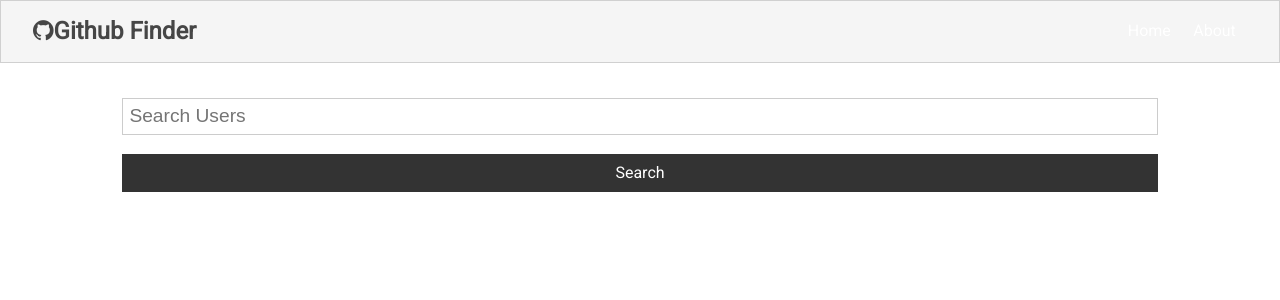
Repository: hemxnt-saini/GitProfile-Visualizer
Page: /
These files come from the project's save history. The page is drawn as it stood at one moment and after the next save; the edit follows.
The browser window is 1280 px wide. The pictures show the whole page.
The project was rebuilt for these pictures with package versions that can differ from the ones it lists, and the page was loaded fresh each time. Also part of the build but not shown: next.config.js, src/components/users/UserItem.js, src/components/repos/RepoItem.js, src/components/repos/Repos.js, src/components/users/User.js, src/components/layout/Alert.js, src/components/pages/About.js.

Above is the page before, as saved 2020-07-29 17:37:00.

### public/index.html
<!DOCTYPE html>
<html lang="en">
  <head>
    <meta charset="utf-8" />
    <link rel="icon" href="%PUBLIC_URL%/favicon.ico" />
    <meta name="viewport" content="width=device-width, initial-scale=1" />
    <meta name="theme-color" content="#000000" />
    <meta
      name="description"
      content="Web site created using create-react-app"
    />
    <link rel="apple-touch-icon" href="%PUBLIC_URL%/logo192.png" />

    <link rel="manifest" href="%PUBLIC_URL%/manifest.json" />
    <link
      rel="stylesheet"
      href="https://stackpath.bootstrapcdn.com/font-awesome/4.7.0/css/font-awesome.min.css"
    />
    <title>React App</title>
  </head>
  <body>
    <noscript>You need to enable JavaScript to run this app.</noscript>
    <div id="root"></div>
  </body>
</html>

### src/App.js
import React, { Component, Fragment } from "react";
import "./App.css";
import { BrowserRouter as Router, Switch, Route } from "react-router-dom";
import Navbar from "./components/layout/Navbar";
import Users from "./components/users/Users";
import User from "./components/users/User";
import Search from "./components/users/Search";
import Alert from "./components/layout/Alert";
import About from "./components/pages/About";
import axios from "axios";
class App extends Component {
  state = {
    users: [],
    user: {},
    repos: [],
    loading: false,
    alert: null,
  };
  searchUsers = async (text) => {
    this.setState({ loading: true });
    const res = await axios.get(
      `https://api.github.com/search/users?q=${text}&cliend_id=${process.env.REACT_APP_GITHUB_CLIENT_ID}&client_secret=${process.env.REACT_APP_GITHUB_CLIENT_SECRET}`
    );
    this.setState({
      users: res.data.items,
      loading: false,
    });
  };

  clearUsers = () => {
    this.setState({
      users: [],
      loading: false,
    });
  };

  setAlert = (msg, type) => {
    this.setState({ alert: { msg, type } });

    setTimeout(() => this.setState({ alert: null }), 5000);
  };

  getUser = async (username) => {
    this.setState({ loading: true });
    const res = await axios.get(
      `https://api.github.com/users/${username}?cliend_id=${process.env.REACT_APP_GITHUB_CLIENT_ID}&client_secret=${process.env.REACT_APP_GITHUB_CLIENT_SECRET}`
    );
    this.setState({ user: res.data, loading: false });
  };

  getUserRepos = async (username) => {
    const res = await axios.get(
      `https://api.github.com/users/${username}/repos?per_page=5&sort=created:asc&cliend_id=${process.env.REACT_APP_GITHUB_CLIENT_ID}&client_secret=${process.env.REACT_APP_GITHUB_CLIENT_SECRET}`
    );
    this.setState({ repos: res.data });
  };

  render() {
    return (
      <Router>
        <div className='App'>
          <Navbar title='Github Finder' />
          <div className='container'>
            <Alert alert={this.state.alert} />
            <Switch>
              <Route
                exact
                path='/'
                render={(props) => (
                  <Fragment>
                    <Search
                      searchUsers={this.searchUsers}
                      clearUsers={this.clearUsers}
                      showClear={this.state.users.length > 0 ? true : false}
                      setAlert={this.setAlert}
                    />
                    <Users
                      users={this.state.users}
                      loading={this.state.loading}
                    />
                  </Fragment>
                )}
              />
              <Route exact path='/about' component={About} />
              <Route
                exact
                path='/user/:login'
                render={(props) => (
                  <User
                    {...props}
                    getUser={this.getUser}
                    getUserRepos={this.getUserRepos}
                    repos={this.state.repos}
                    user={this.state.user}
                    loading={this.state.loading}
                  />
                )}
              />
            </Switch>
          </div>
        </div>
      </Router>
    );
  }
}

export default App;

### src/components/layout/Navbar.js
import React from "react";
import { Link } from "react-router-dom";
function Navbar(props) {
  return (
    <nav className='navbar bg-light '>
      <h1>
        <i className='fa fa-github'></i>
        {props.title}
      </h1>
      <ul>
        <li>
          <Link to='/'>Home</Link>
        </li>
        <li>
          <Link to='/about'>About</Link>
        </li>
      </ul>
    </nav>
  );
}

export default Navbar;

### src/components/users/Users.js
import React, { Component } from "react";
import UserItem from "./UserItem";

class Users extends Component {
  render() {
    return (
      <div style={userStyle}>
        {this.props.users.map((user) => (
          <UserItem key={user.id} user={user} />
        ))}
      </div>
    );
  }
}

const userStyle = {
  display: "grid",
  gridTemplateColumns: "repeat(3,1fr)",
  gridGap: "1rem",
};

export default Users;

### src/components/users/Search.js
import React, { Component } from "react";

class Search extends Component {
  state = {
    text: "",
  };

  onChange = (e) => {
    this.setState({
      text: e.target.value,
    });
  };

  onSubmit = (e) => {
    e.preventDefault();

    if (this.state.text === "") {
      this.props.setAlert("Please Enter Something..!!", "light");
    } else {
      this.props.searchUsers(this.state.text);
      this.setState({
        text: "",
      });
    }
  };

  render() {
    return (
      <div>
        <form onSubmit={this.onSubmit} className='form'>
          <input
            type='text'
            name='text'
            placeholder='Search Users'
            value={this.state.text}
            onChange={this.onChange}
          />
          <input
            type='submit'
            value='Search'
            className='btn btn-dark btn-block'
          />
        </form>

        {this.props.showClear && (
          <button
            className='btn btn-light btn-block'
            onClick={this.props.clearUsers}
          >
            Clear
          </button>
        )}
      </div>
    );
  }
}

export default Search;

Loaded but not shown: src/index.js (common file); src/App.css (common file)

After the next save:
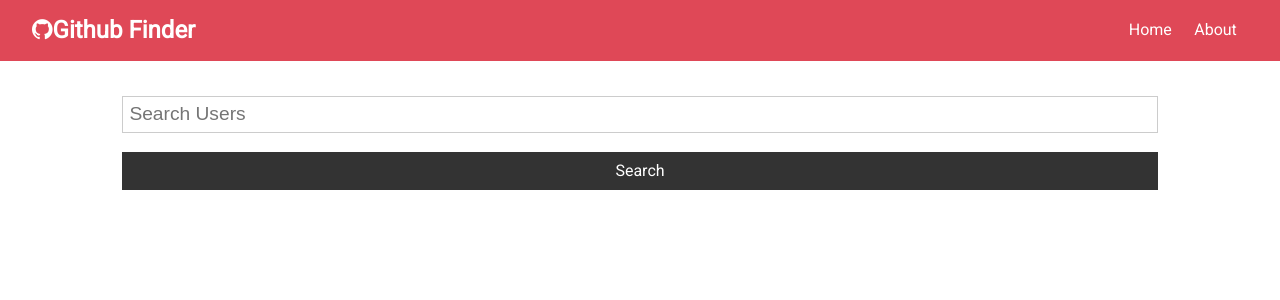
Saved 10 s later.
--- a/src/components/layout/Navbar.js
+++ b/src/components/layout/Navbar.js
@@ -2,7 +2,7 @@
 import { Link } from "react-router-dom";
 function Navbar(props) {
   return (
-    <nav className='navbar bg-light '>
+    <nav className='navbar bg-danger '>
       <h1>
         <i className='fa fa-github'></i>
         {props.title}
